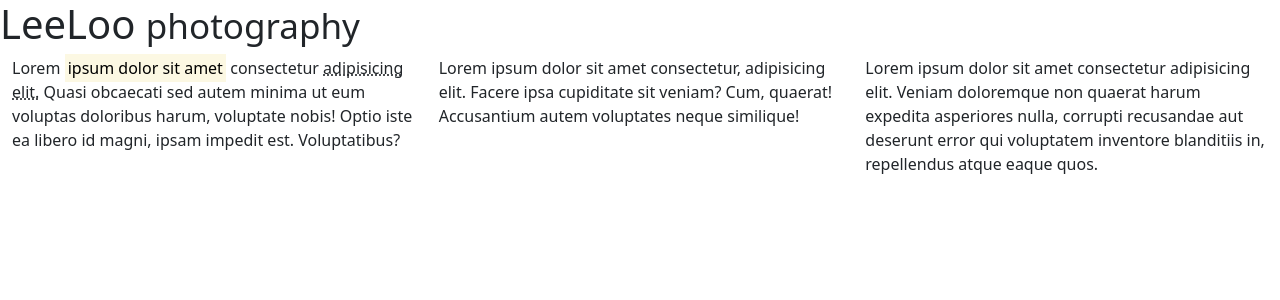
Repository: Zyzik-33/bootstrap-test
Page: index.html
An editor plug-in stored every save of this project. The page is shown before and after the next save, followed by the edit.
The browser window is 1280 px wide. The pictures show the whole page.

Above is the page before, as saved 2021-01-27 14:35:13.

After the next save:
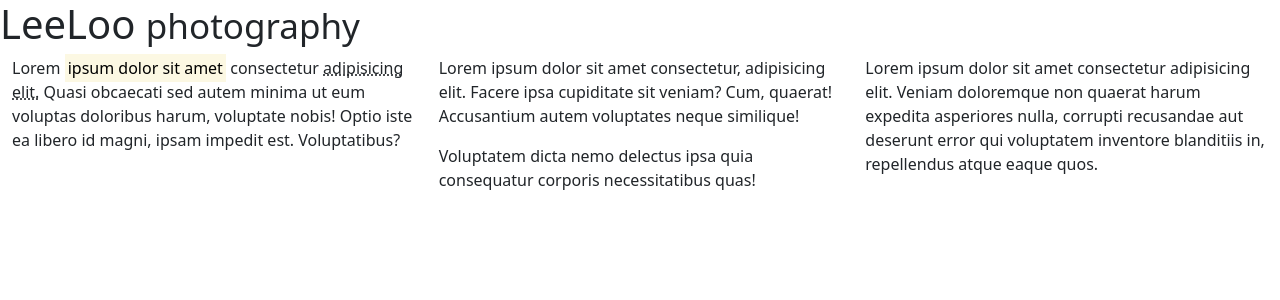
Saved 12 s later.
--- a/index.html
+++ b/index.html
@@ -20,7 +20,9 @@
             Lorem ipsum dolor sit amet consectetur, adipisicing elit. Facere ipsa cupiditate sit veniam? Cum, quaerat!
              Accusantium autem voluptates neque similique!
           </p>
-
+          <footer>
+            Voluptatem dicta nemo delectus ipsa quia consequatur corporis necessitatibus quas!
+          </footer>
         </blockquote>
       </div>
       <div class="col-lg-4">Lorem ipsum dolor sit amet consectetur adipisicing elit. Veniam doloremque non quaerat harum expedita asperiores nulla, corrupti recusandae aut deserunt error qui voluptatem inventore blanditiis in, repellendus atque eaque quos.</div>
